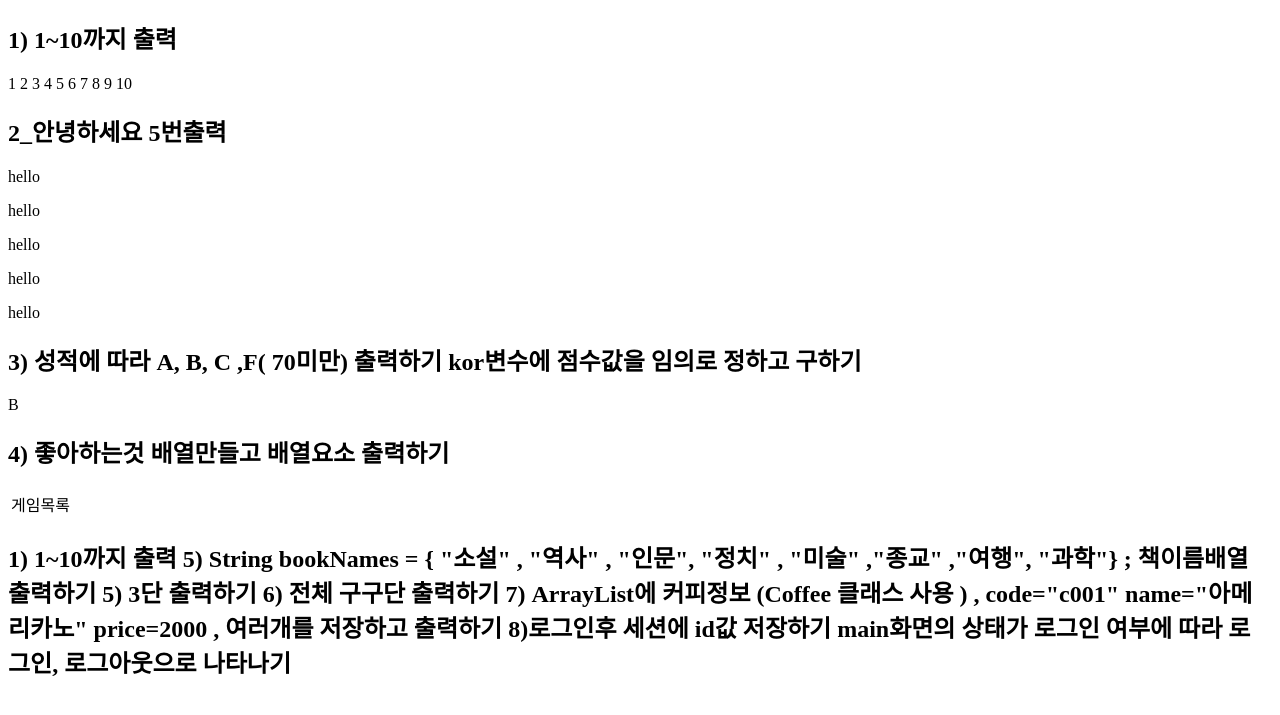
Repository: mvcfvsgdj/javaee
Page: http://localhost/ELprj0908/jstl8
These files come from the project's save history. The page is drawn as it stood at one moment and after the next save; the edit follows.
The browser window is 1280 px wide. The pictures show the whole page.
The page is served by Tomcat 9.

Above is the page before, as saved 2023-09-08 06:17:58.

After the next save:
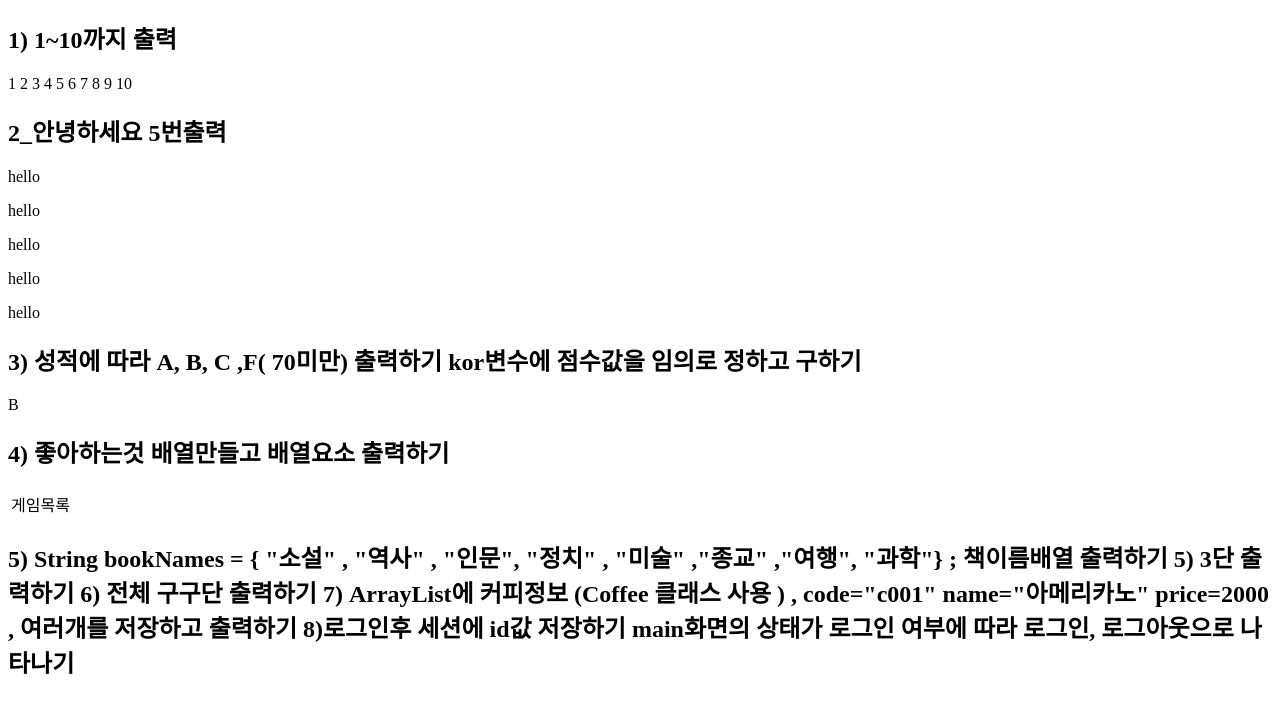
Saved 4 s later.
--- a/ELprj0908/src/main/webapp/WEB-INF/views/jstl8.jsp
+++ b/ELprj0908/src/main/webapp/WEB-INF/views/jstl8.jsp
@@ -60,7 +60,7 @@ ${game}
 </table>
 
 
-    <h2>1) 1~10까지 출력
+    <h2>
 
 
 
